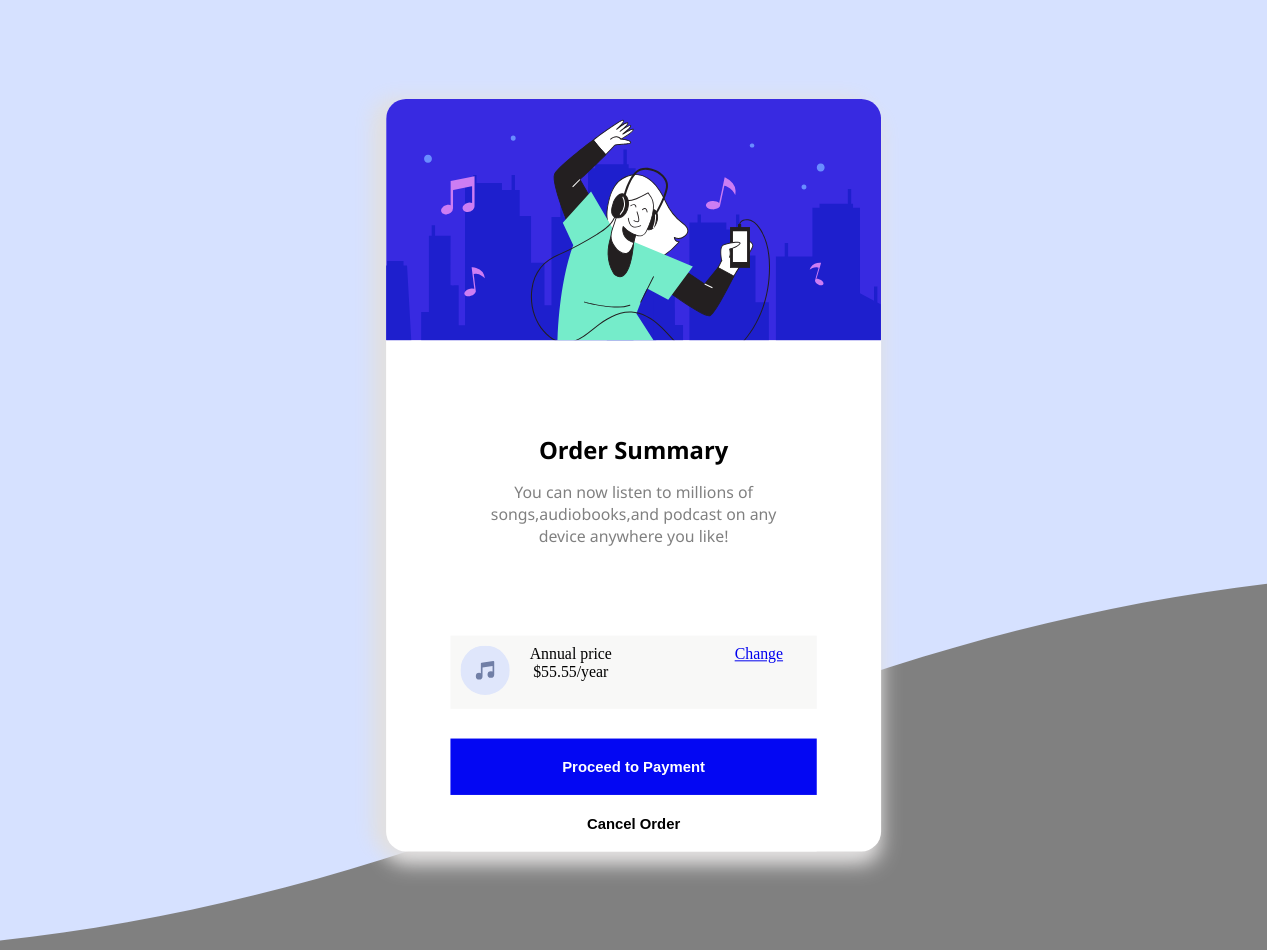
Repository: Eugene44-hub/newbie-project
Page: index.html
These files come from the project's save history. The page is drawn as it stood at one moment and after a run of saves; the edit follows.
The browser window is 1280 px wide. The pictures show the whole page, at 99% of full size.

Above is the page before, as saved 2021-08-29 09:37:36.

### index.html
<!DOCTYPE html>
<html lang="en">

<head>
    <link rel="stylesheet" href="style.css">
    <meta charset="UTF-8">
    <meta http-equiv="X-UA-Compatible" content="IE=edge">
    <meta name="viewport" content="width=device-width, initial-scale=1.0">
    <title>Document</title>
</head>

<body>
    <div class="container">

        <div class="card-container">
            <div class="card">
                <div class="content">
                    <div class="image"> <img src="illustration-hero.svg"></div>

                    <div class="text">
                        <h2>Order Summary</h2>
                        <p>You can now listen to millions of songs,audiobooks,and podcast on any device anywhere you like!</p>
                    </div>
                    <div class="musicCard">
                        <div class=musicIcon> <img src="icon-music.svg" id="icon" alt=""></div>
                        <div class="sub">Annual price <br>$55.55/year
                        </div>
                        <div class="link">
                            <a href="#">Change</a>
                        </div>

                    </div>
                    <button id="proceed">
                        Proceed to Payment
                    </button >
                    <button id="cancel">
                        Cancel Order
                    </button>
                </div>

            </div>
        </div>

    </div>
</body>

</html>

### style.css
* {
    padding: 0;
    margin: 0;
}

.container {
    background-image: url('pattern-background-desktop.svg');
    background-repeat: no-repeat;
    background-position: center;
    background-size: cover;
    padding: 100px;
    background-color: grey;
}

.card-container {
    display: flex;
    justify-content: center;
    width: 100%;
}

img {
    width: 100%;
    border-top-left-radius: 20px;
    border-top-right-radius: 20px;
}

.image {}

.content {
    text-align: center;
    background-color: white;
    border-radius: 20px;
    max-width: 500px;
    box-shadow: 0px 13px 20px rgb(226, 224, 224), -13px -0px 20px rgb(226, 224, 224);
}

.content::after {}

h2,
p {
    font-family: 'Segoe UI', Tahoma, Geneva, Verdana, sans-serif;
}

.text {
    padding: 90px;
}

h2 {
    margin-bottom: 15px;
}

p {
    color: grey;
}

.musicCard {
    display: flex;
    justify-content: center;
    align-content: center;
    width: 70%;
    margin: auto;
    background-color: rgb(248, 248, 247);
    padding: 10px;
    flex-wrap: wrap;
}

.link {
    flex: 10%;
    margin-left: 100px;
}

.musicIcon {
    flex: 80%;
    max-width: 50px;
    margin-right: 20px;
}

.price {
    flex: 10%;
    text-align: right;
}

button {
    width: 74%;
    padding: 20px;
    border: none;
    margin-top: 30px;
    font-size: 15px;
    font-weight: bold;
}

#cancel {
    background-color: white;
    margin-top: 0;
}

#proceed {
    background-color: rgb(3, 7, 243);
    color: white;
}

After the next 2 saves:
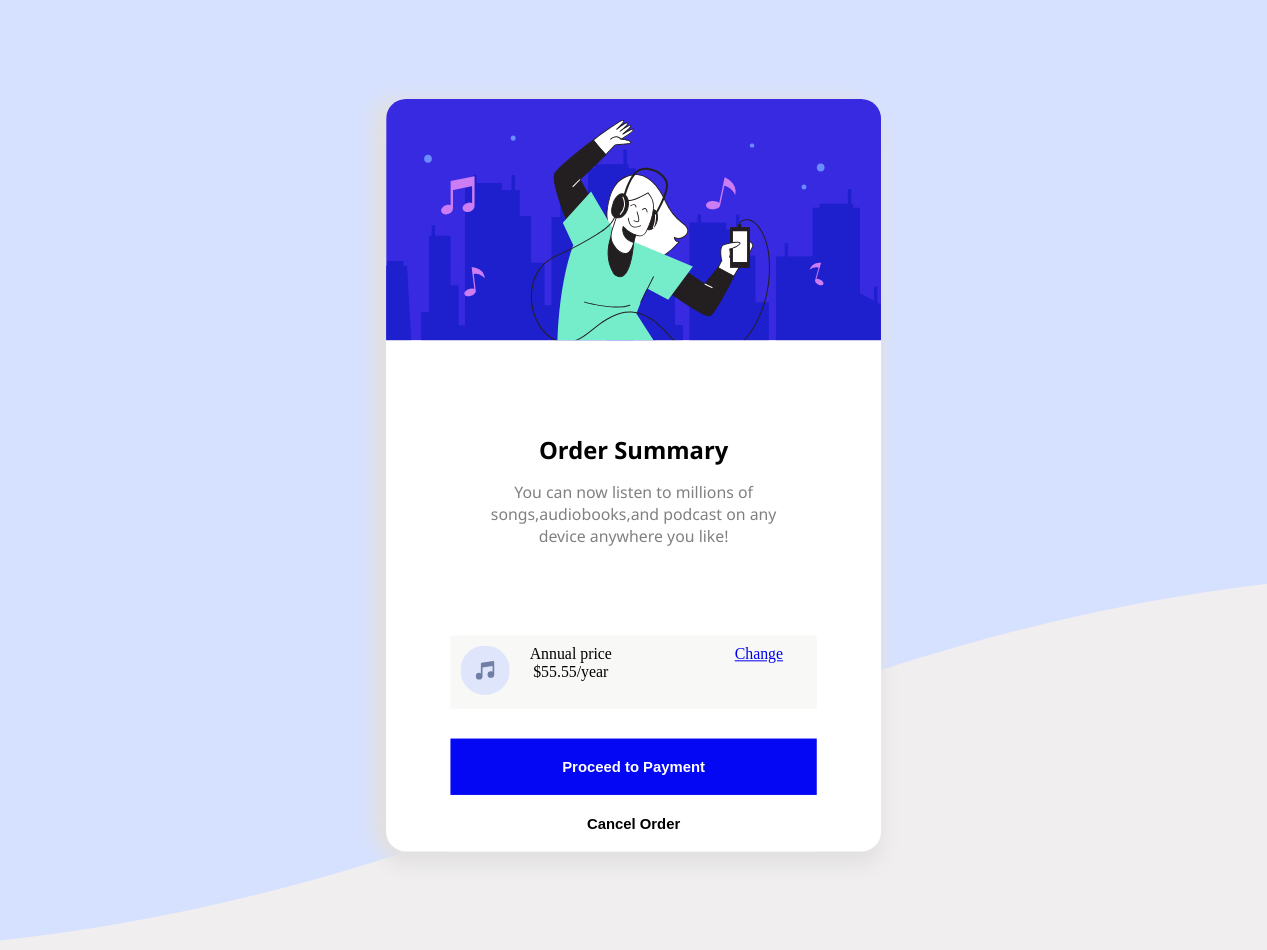
The 2 saves are shown as one change because they came seconds apart.
The last was saved 14 s later.
--- a/style.css
+++ b/style.css
@@ -9,7 +9,7 @@
     background-position: center;
     background-size: cover;
     padding: 100px;
-    background-color: grey;
+    background-color: rgb(240, 238, 238);
 }
 
 .card-container {
